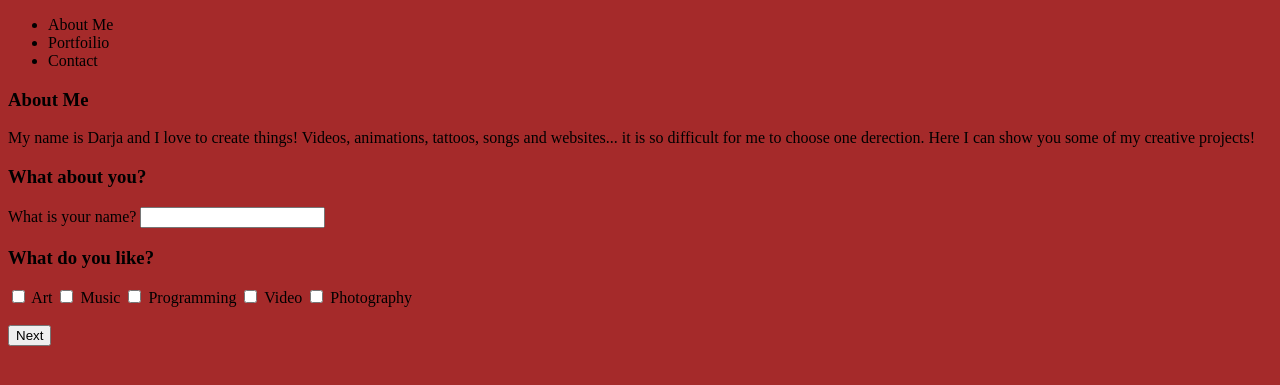
Repository: holyygreg/PortfolioProject
Page: code files/index.html
An editor plug-in stored every save of this project. The page is shown before and after the next save, followed by the edit.
The browser window is 1280 px wide. The pictures show the whole page.

Above is the page before, as saved 2024-08-02 16:50:21.

### code files/index.html
<!DOCTYPE html>
<html lang="en">
<head>
    <meta charset="UTF-8">
    <meta name="viewport" content="width=device-width, initial-scale=1.0">
    <title>Document</title>
    <link rel="stylesheet" href="./style.css">
</head>

<body>
    <header id="header">
        <nav id="nav">
            <ul>
                <li>About Me</li>
                <li>Portfoilio</li>
                <li>Contact</li>
            </ul>
        </nav>
    </header>

    <section id="description">
        <article id="aboutme">
            <h1>About Me</h1>
            <p>My name is Darja and I love to create things! Videos, animations, tattoos, songs and websites...
                it is so difficult for me to choose one derection.
                Here I can show you some of my creative projects!
            </p>
        </article>
    </section>

    <section id="form">
        <form id="about-you">
            <h3>What about you?</h3>
            <label for="name">What is your name?</label>
            <input id="name" name="name" type="text">
            <br>

            <h3>What do you like?</h3>
            <input type="checkbox" id="hobby1" name="hobby1" value="art">
            <label for="hobby1">Art</label>
            <input type="checkbox" id="hobby2" name="hobby2" value="music">
            <label for="hobby2">Music</label>
            <input type="checkbox" id="hobby3" name="hobby3" value="program">
            <label for="hobby3">Programming</label>
            <input type="checkbox" id="hobby4" name="hobby4" value="video">
            <label for="hobby4">Video</label>
            <input type="checkbox" id="hobby5" name="hobby5" value="photo">
            <label for="hobby5">Photography</label>
            <br>

            <br>
            <input type="submit" id="submit" name="submit" value="Next">
        </form>
    </section>
</body>
</html>

### code files/style.css
body {
    background-color: brown;
};

After the next save:
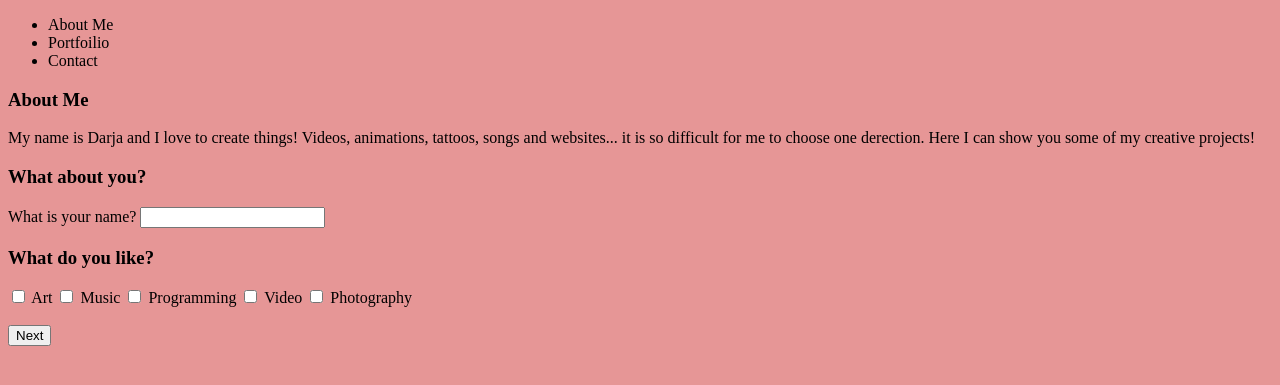
Saved 24 s later.
--- a/code files/style.css
+++ b/code files/style.css
@@ -1,3 +1,3 @@
 body {
-    background-color: brown;
+    background-color: rgb(230, 150, 150);
 };
